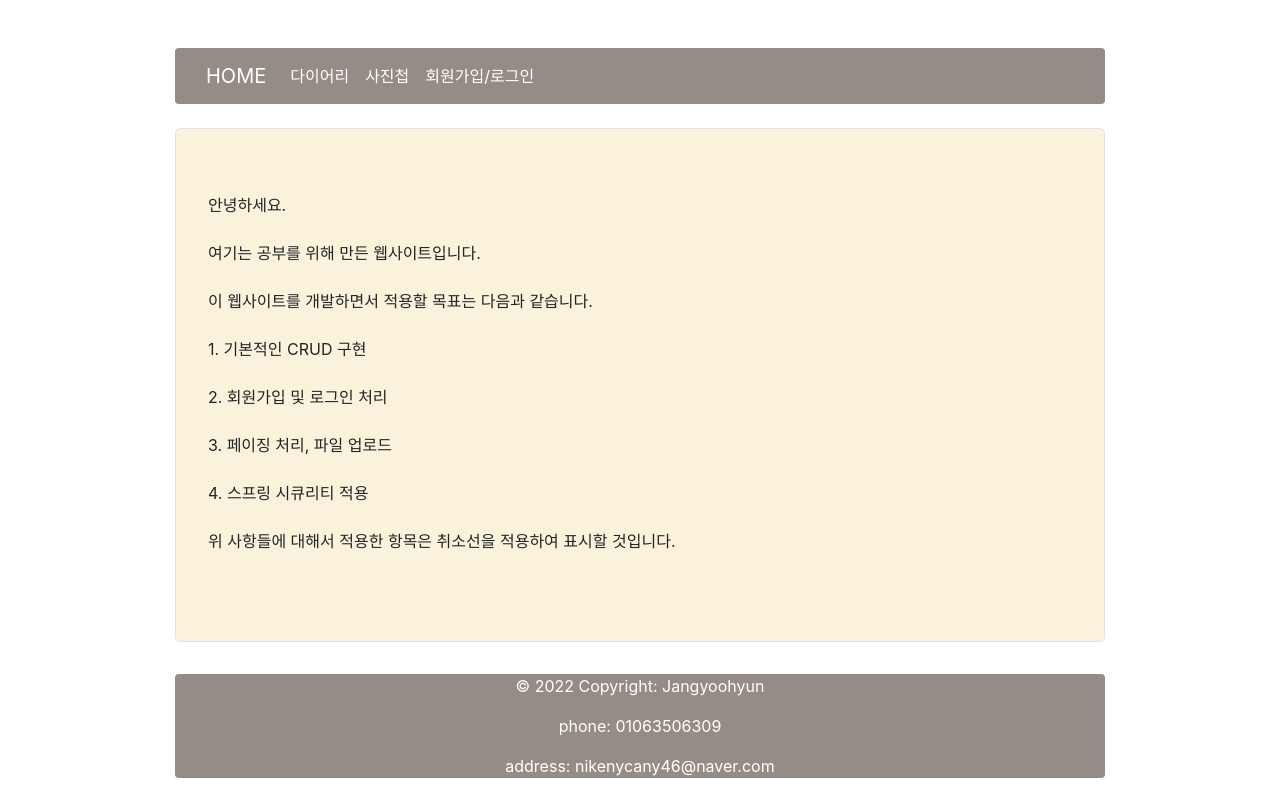
Repository: jangyoohyun/toyProject
Page: http://localhost/toyproject/WEB-INF/views/index.jsp
The author's editor kept a copy of each file at every save. The page is drawn from the files as they stood at one save, then again after a run of saves.
The browser window is 1280 px wide. The pictures show the whole page.
The page is served by Tomcat 9. Nobody is signed in. Other server files are loaded and not shown. The template is opened directly, without the code that normally fills it, so the values that code supplies are empty.

Above is the page before, as saved 2022-02-26 11:54:15.

### Study/toyproject/src/main/webapp/WEB-INF/views/index.jsp
<%@ page language="java" contentType="text/html; charset=UTF-8"
    pageEncoding="UTF-8"%>

<%@ include file="/WEB-INF/views/layout/header.jsp" %>

		<div class="jumbotron mt-4 border" style="background-color: #faf2db">
		안녕하세요.<br><br>
		<c:if test="${principal.username != null}">
			${principal.username}님 환영합니다.<br><br>
		</c:if>
		여기는 공부를 위해 만든 웹사이트입니다.<br><br>
		이 웹사이트를 개발하면서 적용할 목표는 다음과 같습니다.<br><br>
		1. 기본적인 CRUD 구현<br><br>
		2. 회원가입 및 로그인 처리<br><br>
		3. 페이징 처리, 파일 업로드<br><br>
		4. 스프링 시큐리티 적용<br><br>
		위 사항들에 대해서 적용한 항목은 취소선을 적용하여 표시할 것입니다.<br><br>
		</div>


<%@ include file="/WEB-INF/views/layout/footer.jsp" %>

### Study/toyproject/src/main/webapp/WEB-INF/views/layout/header.jsp
<%@ page language="java" contentType="text/html; charset=UTF-8"
	pageEncoding="UTF-8"%>
<%@ taglib uri="http://java.sun.com/jsp/jstl/core" prefix="c"%>
<%@ taglib prefix="sec"
	uri="http://www.springframework.org/security/tags"%>
<%@ taglib prefix="fmt" uri="http://java.sun.com/jsp/jstl/fmt"%>

<sec:authorize access="isAuthenticated()">
	<sec:authentication property="principal" var="principal" />
</sec:authorize>

<!DOCTYPE html>
<html>
<head>
<link rel="stylesheet"
	href="https://cdn.jsdelivr.net/npm/bootstrap@4.6.1/dist/css/bootstrap.min.css"
	integrity="sha384-zCbKRCUGaJDkqS1kPbPd7TveP5iyJE0EjAuZQTgFLD2ylzuqKfdKlfG/eSrtxUkn"
	crossorigin="anonymous">
<script src="https://code.jquery.com/jquery-3.6.0.js"
	integrity="sha256-H+K7U5CnXl1h5ywQfKtSj8PCmoN9aaq30gDh27Xc0jk="
	crossorigin="anonymous"></script>

<meta charset="UTF-8">

<title>Insert title here</title>
</head>
<body>
	<div class="container mt-5 w-75">
		<nav class="navbar navbar-expand-lg navbar-light rounded"
			style="background-color: #958D85">
			<div class="container-fluid">
				<a class="navbar-brand text-white" href="<c:url value="/"/>">HOME</a>
				<button class="navbar-toggler" type="button"
					data-bs-toggle="collapse" data-bs-target="#navbarNav"
					aria-controls="navbarNav" aria-expanded="false"
					aria-label="Toggle navigation">
					<span class="navbar-toggler-icon"></span>
				</button>
				<div class="collapse navbar-collapse" id="navbarNav">
					<ul class="navbar-nav">
						<li class="nav-item "><a class="nav-link text-white"
							href="<c:url value="/board?page=0"/>">다이어리</a></li>
						<li class="nav-item"><a class="nav-link text-white"
							href="<c:url value="/photo"/>">사진첩</a></li>
						<c:choose>
							<c:when test="${principal.username == null}">
								<li class="nav-item"><a class="nav-link text-white"
									href="<c:url value="/auth/signInForm"/>">회원가입/로그인</a></li>
							</c:when>
							<c:otherwise>
								<li class="nav-item"><a class="nav-link text-white"
									onclick="return confirm('로그아웃 하시겠습니까?');"
									href="<c:url value="/logout"/>">로그아웃</a></li>
								<li class="nav-item"><a class="nav-link text-white"
									href="<c:url value="/auth/userUpdate"/>">회원정보수정</a></li>
							</c:otherwise>
						</c:choose>

					</ul>
				</div>
			</div>
		</nav>

### Study/toyproject/src/main/webapp/WEB-INF/views/layout/footer.jsp
<%@ page language="java" contentType="text/html; charset=UTF-8"
	pageEncoding="UTF-8"%>


<footer class="text-center text-lg-start rounded" style="background-color: #958D85">
	<div class="text-center text-white">
		<p>© 2022 Copyright: Jangyoohyun</p>
		<p>phone: 01063506309</p>
		<p>address: nikenycany46@naver.com</p>
	</div>
</footer>


</div>


<script src="https://cdn.jsdelivr.net/npm/bootstrap@5.1.3/dist/js/bootstrap.bundle.min.js" integrity="sha384-ka7Sk0Gln4gmtz2MlQnikT1wXgYsOg+OMhuP+IlRH9sENBO0LRn5q+8nbTov4+1p" crossorigin="anonymous"></script>
<script src="https://code.jquery.com/jquery-3.6.0.js" integrity="sha256-H+K7U5CnXl1h5ywQfKtSj8PCmoN9aaq30gDh27Xc0jk=" crossorigin="anonymous"></script>


</body>
</html>

After the next 2 saves:
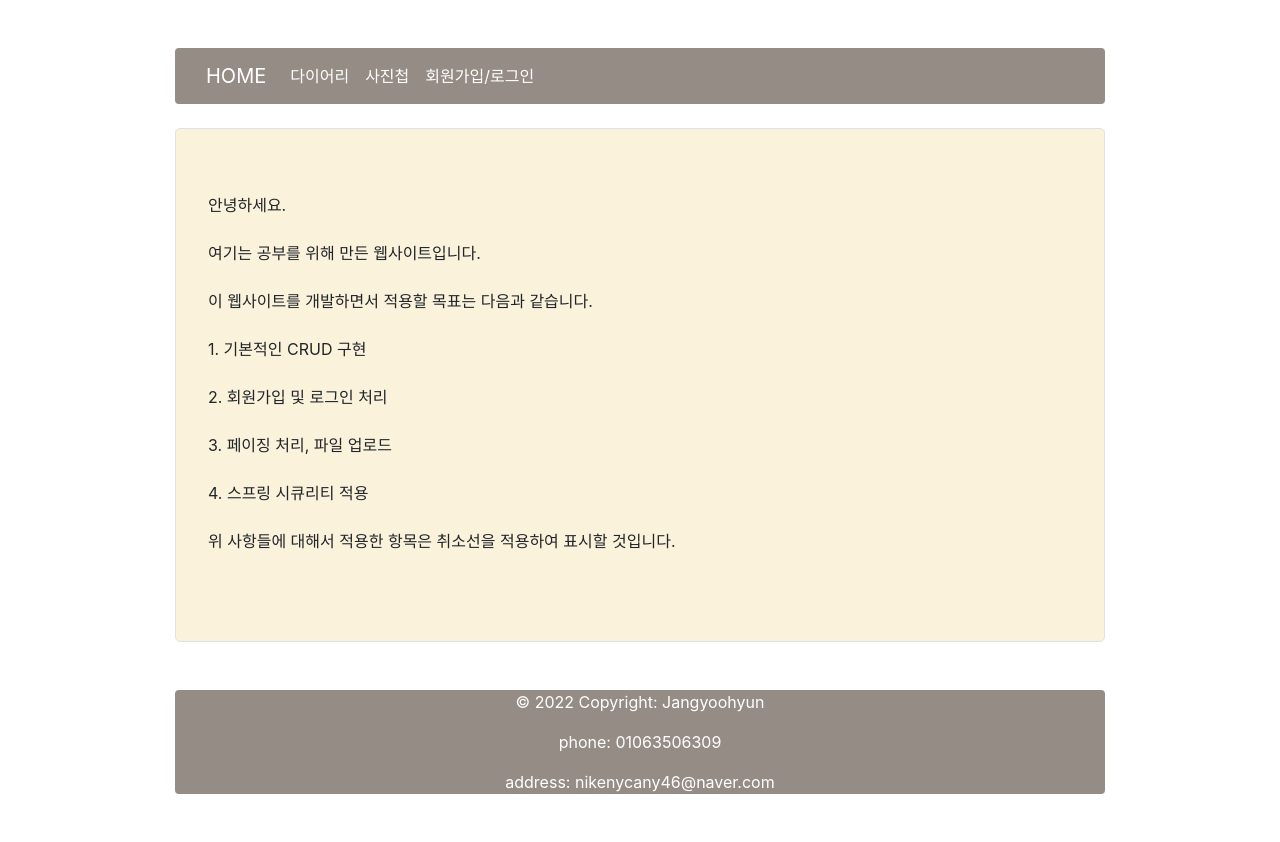
The 2 saves are shown as one change because they came seconds apart.
The last was saved 7 s later.
--- a/Study/toyproject/src/main/webapp/WEB-INF/views/layout/footer.jsp
+++ b/Study/toyproject/src/main/webapp/WEB-INF/views/layout/footer.jsp
@@ -3,7 +3,7 @@
 
 
 <footer class="text-center text-lg-start rounded" style="background-color: #958D85">
-	<div class="text-center text-white">
+	<div class="text-center m-5 text-white">
 		<p>© 2022 Copyright: Jangyoohyun</p>
 		<p>phone: 01063506309</p>
 		<p>address: nikenycany46@naver.com</p>
